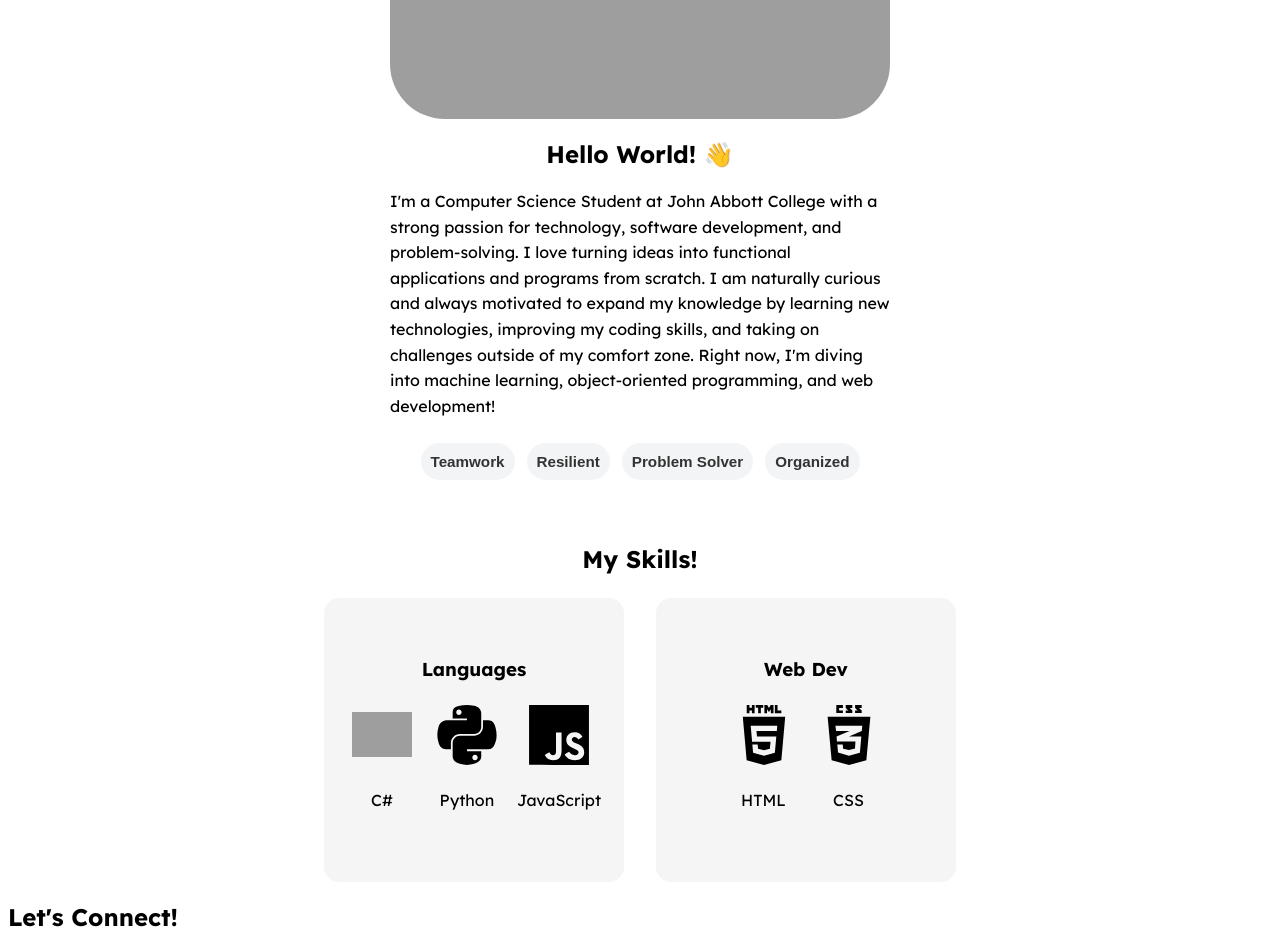
Repository: perrybalaba/perrybalaba
Page: index.html
The author's editor kept a copy of each file at every save. The page is drawn from the files as they stood at one save, then again after the next save.
The browser window is 1280 px wide. The pictures show the part of the page from y = 671 to 1623 px (the page is 1623 px tall).
Pictures or frames that could not be fetched are drawn as grey boxes. Some web fonts or font styles are not loaded; a fallback is used.

Above is the page before, as saved 2026-05-13 20:06:51.

### index.html
<!DOCTYPE html>
<html lang="en">
<head>
    <meta charset="UTF-8">
    <meta name="viewport" content="width=device-width, initial-scale=1.0">
    <title>Perry's Portfolio</title>
    <link rel="stylesheet" href="./styles/globals.css"/>
    <link rel="stylesheet" href="./styles/index.css"/>
</head>

<body>
    <main>
        <!-- NAVIGATION BAR -->
        <!-- 👇 TO CHANGE: href -->
        <nav class="Nav-Bar">
            <ul>
                <li><a href="./index.html"> About me </a></li>
                <li><a href="./index.html"> Projects </a></li>
            </ul>
        </nav>

        <!-- PAGE HEADER -->
        <div class="About-Me">
            <header class="Home-Header">
                <h1> Perry Balaba </h1>
            </header>

            <!-- INFORMATION ABOUT ME -->
            <div class ="Info">
                <!-- IMAGE -->
                <img class="My-Photo" src="./assets/images/portfolio-me.jpg" alt="me"/>

                <div class ="Description">
                    <h2> Hello World! 👋 </h2>
                    <p> I'm a Computer Science Student at John Abbott College
                        with a strong passion for technology, software development, and problem-solving.
                        I love turning ideas into functional applications and programs from scratch. I am naturally curious and always motivated
                        to expand my knowledge by learning new technologies, improving my coding skills, and taking on challenges outside of my comfort zone.
                        Right now, I'm diving into machine learning, object-oriented programming, and web development!
                    </p>

                    <!-- SOFT SKILLS -->
                    <div class="Soft-Skills-Container">
                        <button type="button" class="Soft-Skills" disabled> Teamwork </button>
                        <button type="button" class="Soft-Skills" disabled> Resilient </button>
                        <button type="button" class="Soft-Skills" disabled> Problem Solver </button>
                        <button type="button" class="Soft-Skills" disabled> Organized </button>
                    </div>
                </div>
            </div>
        </div>

        <!-- SKILLS -->
        <div class="Skills">
            <h2> My Skills! </h2>
            <div class="Skills-Container">

                <div class="Skill-Card">
                    <h3> Languages </h3>

                    <div class="Skill-Icons">
                        <div class="Skill">
                            <img src="./assets/images/csharp-svgrepo-com.svg" alt="c# logo"/>
                            <p> C# </p>
                         </div>

                        <div class="Skill">
                            <img src="./assets/images/python-svgrepo-com.svg" alt="python logo"/>
                            <p> Python </p>
                        </div>

                        <div class="Skill">
                            <img src="./assets/images/js01-svgrepo-com.svg" alt="javascript logo"/>
                            <p> JavaScript</p>
                        </div>
                    </div>
                </div>

                <div class="Skill-Card">
                    <h3> Web Dev </h3>

                    <div class="Skill-Icons">
                        <div class="Skill">
                            <img src="./assets/images/html5-01-svgrepo-com.svg" alt="html logo"/>
                            <p> HTML </p>
                        </div>

                        <div class="Skill">
                            <img src="./assets/images/css3-01-svgrepo-com.svg" alt="css logo"/>
                            <p> CSS </p>
                        </div>
                    </div>
                </div>
            </div>
        </div>

        <!-- CONTACT -->
        <div class="Contact">
            <h2> Let's Connect! </h2>

        </div>
    </main>
</body>
</html>

### styles/globals.css
/* FONTS */
@font-face {
    font-family: "NotoSans";
    src: url(../assets/fonts/Noto_Sans/NotoSans-VariableFont_wdth\,wght.ttf);
}

@font-face {
    font-family: "Lexend";
    src: url(../assets/fonts/Lexend_Deca\,Noto_Sans/Lexend_Deca/LexendDeca-VariableFont_wght.ttf);
}

.Home-Header {
    font-family: "NotoSans";
}

.Nav-Bar {
    font-family: "Lexend";
}

main {
    font-family: "Lexend";
}

/* DESKTOP AND TABLET LAYOUTS */

### styles/index.css
/* NAVIGATION BAR */
nav ul {
    list-style: none;
    display: flex;
    justify-content: center;
    flex-wrap: wrap;
    gap: 1rem;
    padding: 1rem;
}

nav ul li {
    float: center;
}

nav ul li a {
    display: block;
    text-align: center;
    padding: .75rem 1rem;
    text-decoration: none;
    font-size: 1rem;
    transition: .2s;
}

nav ul li a:hover {
    transform: scale(1.08);
}

/* HEADER */
.Home-Header {
    font-size: 2.5rem;
    text-align: center;
}

/* ABOUT ME */
.Info h2 {
    font-size: 1.5rem;
    text-align: center;
}

.Info {
    display: flex;
    flex-direction: column;
    align-items: center;
}

.Info p {
    max-width: 500px;
    line-height: 1.6;

}

.Info img {
    width: 500px;
    height: 500px;
    border-radius: 55px;
}

/* SOFT SKILLS */
.Soft-Skills-Container {
    display: flex;
    justify-content: center;
    align-items: center;
    gap: 12px;
    flex-wrap: wrap;
    margin-top: 1.5rem;
}

.Soft-Skills {
    background-color: #f3f4f6;
    color: #333;
    border: none;
    padding: 10px;
    border-radius: 1000px;
    font-size: 0.95rem;
    font-weight: 600;
    transition: all 0.2s ease;
}

.Soft-Skills:hover {
    transform: translateY(-2px);
    background-color: #4b5563;
    color: white;
}

/* SKILLS */
.Skills-Container {
    display: flex;
    justify-content: center;
    gap: 2rem;
    flex-wrap: wrap;
    margin-top: 1.5rem;
}

.Skill-Card {
    background-color: #f5f5f5;
    padding: 2.5rem;
    border-radius: 15px;
    width: 220px;
    transition: transform 0.2s ease;
}

.Skill-Card:hover {
    transform: translateY(-5px);
}

.Skill-Icons {
    display: flex;
    justify-content: center;
    gap: 15px;
    margin-top: 1rem;
}

.Skill-Icons img {
    width: 60px;
    height: 60px;
    object-fit: contain;
    padding: 5px;
    transition: transform 0.2s ease;
}

.Skill-Icons img:hover {
    transform: scale(1.1);
}

.Skill {
    text-align: center;
}

.Skills {
    margin-top: 4rem;
    text-align: center;
}

.Skills p {
    font-size: 1rem;
    margin-bottom: 2rem;
}

After the next save:
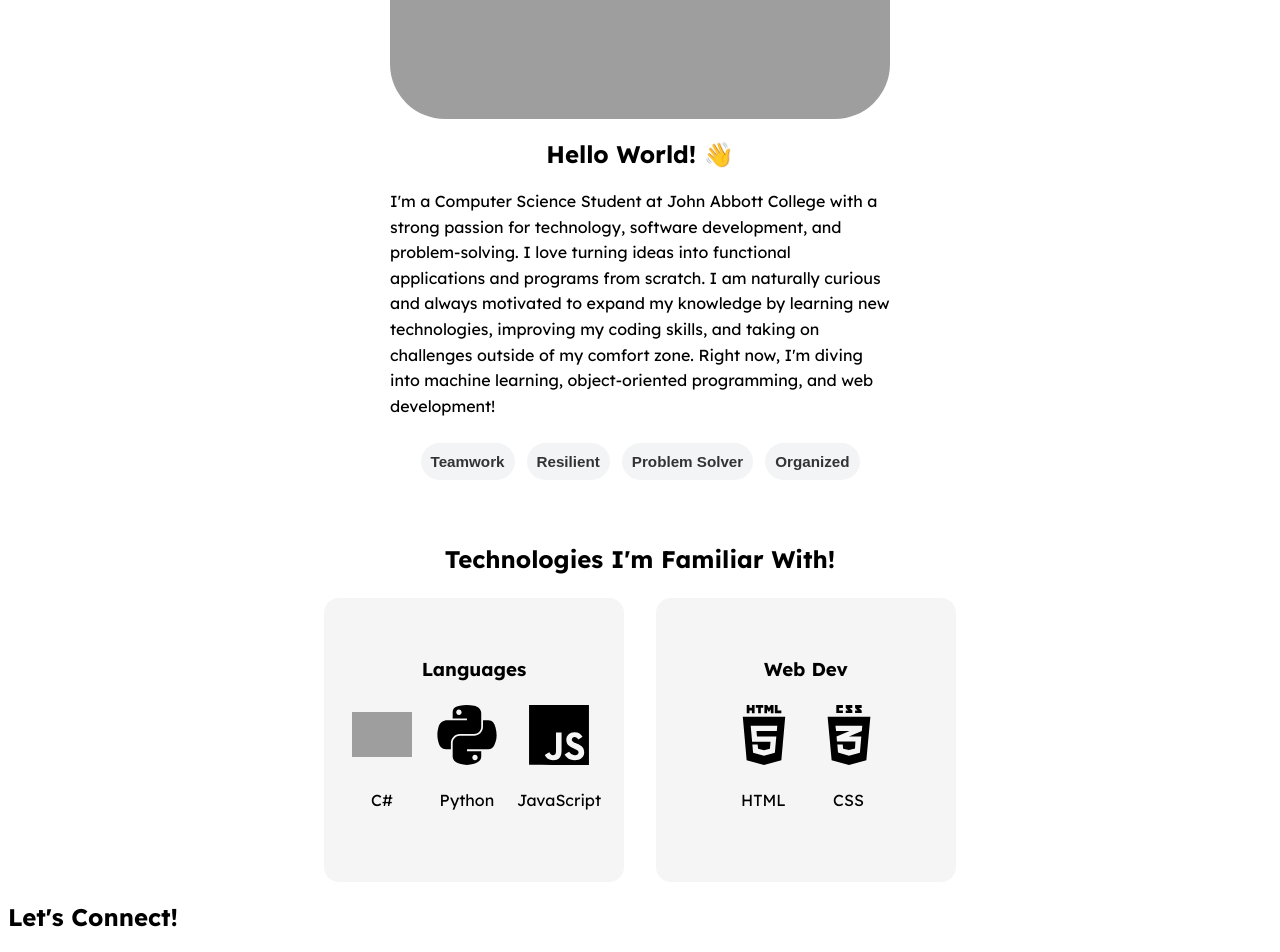
Saved 2 min 9 s later.
--- a/index.html
+++ b/index.html
@@ -52,7 +52,7 @@
 
         <!-- SKILLS -->
         <div class="Skills">
-            <h2> My Skills! </h2>
+            <h2> Technologies I'm Familiar With! </h2>
             <div class="Skills-Container">
 
                 <div class="Skill-Card">
